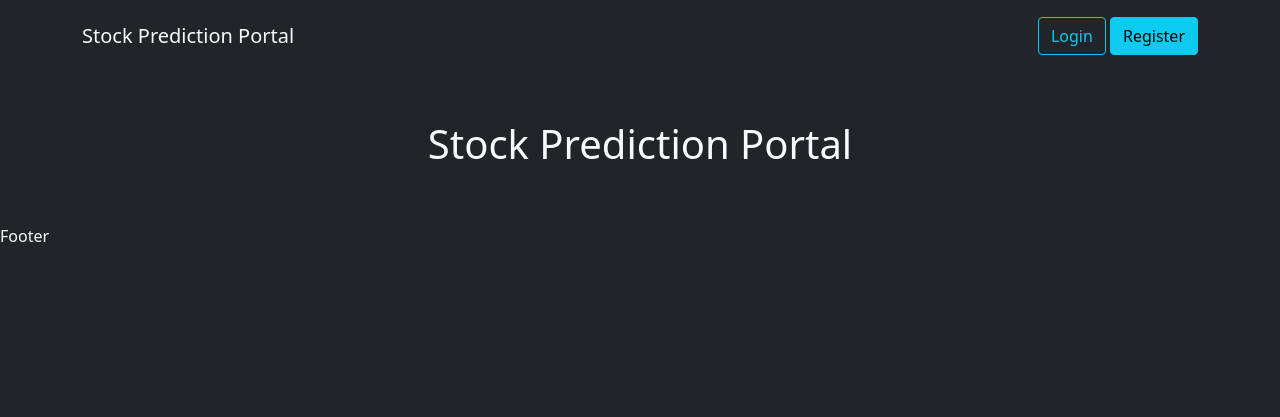
Repository: killerTiger10/stock-prediction-portal
Page: /login (app in frontend-react/)
These files come from the project's save history. The page is drawn as it stood at one moment and after the next save; the edit follows.
The browser window is 1280 px wide. The pictures show the whole page.
The project was rebuilt for these pictures with package versions that can differ from the ones it lists, and the page was loaded fresh each time. Also part of the build but not shown: frontend-react/vite.config.js.

Above is the page before, as saved 2025-06-14 00:07:04.

After the next save:
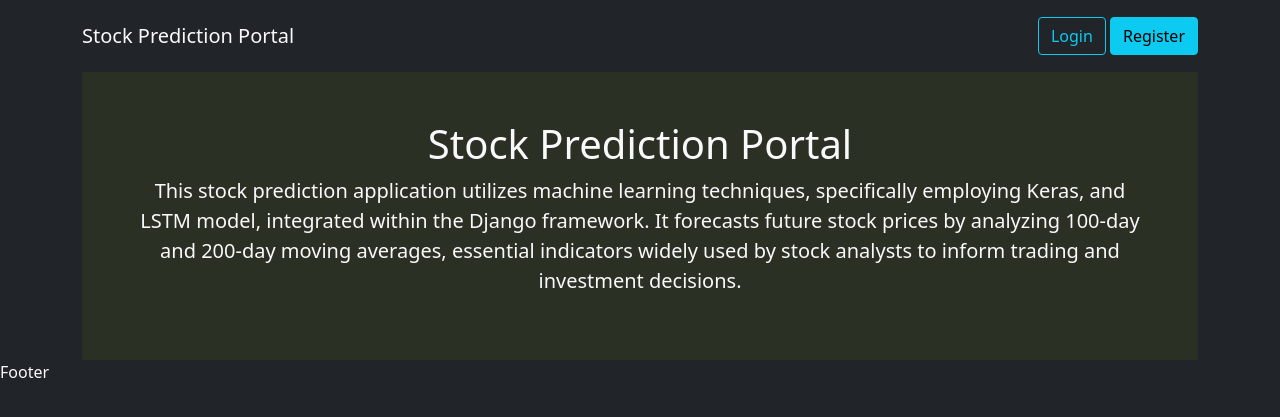
Saved 12 s later.
--- a/frontend-react/src/components/Main.jsx
+++ b/frontend-react/src/components/Main.jsx
@@ -4,8 +4,16 @@ const Main = () => {
   return (
     <>
       <div className="container">
-        <div className="p-5 text-center">
+        <div className="p-5 text-center bg-light-dark">
           <h1 className="text-light">Stock Prediction Portal</h1>
+          <p className="lead text-light">
+            This stock prediction application utilizes machine learning
+            techniques, specifically employing Keras, and LSTM model, integrated
+            within the Django framework. It forecasts future stock prices by
+            analyzing 100-day and 200-day moving averages, essential indicators
+            widely used by stock analysts to inform trading and investment
+            decisions.
+          </p>
         </div>
       </div>
     </>
